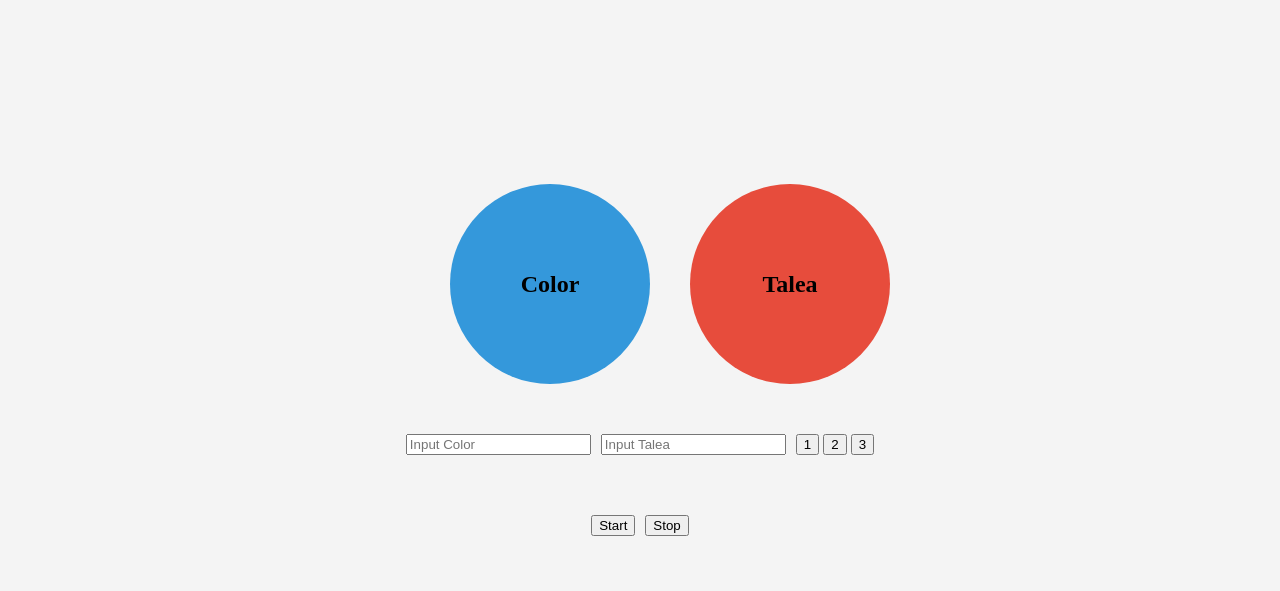
Repository: boshi-an/Isorhythm
Page: .vscode/Isorhythm/index.html
These files come from the project's save history. The page is drawn as it stood at one moment and after the next save; the edit follows.
The browser window is 1280 px wide. The pictures show the whole page.

Above is the page before, as saved 2023-10-18 22:54:40.

After the next save:
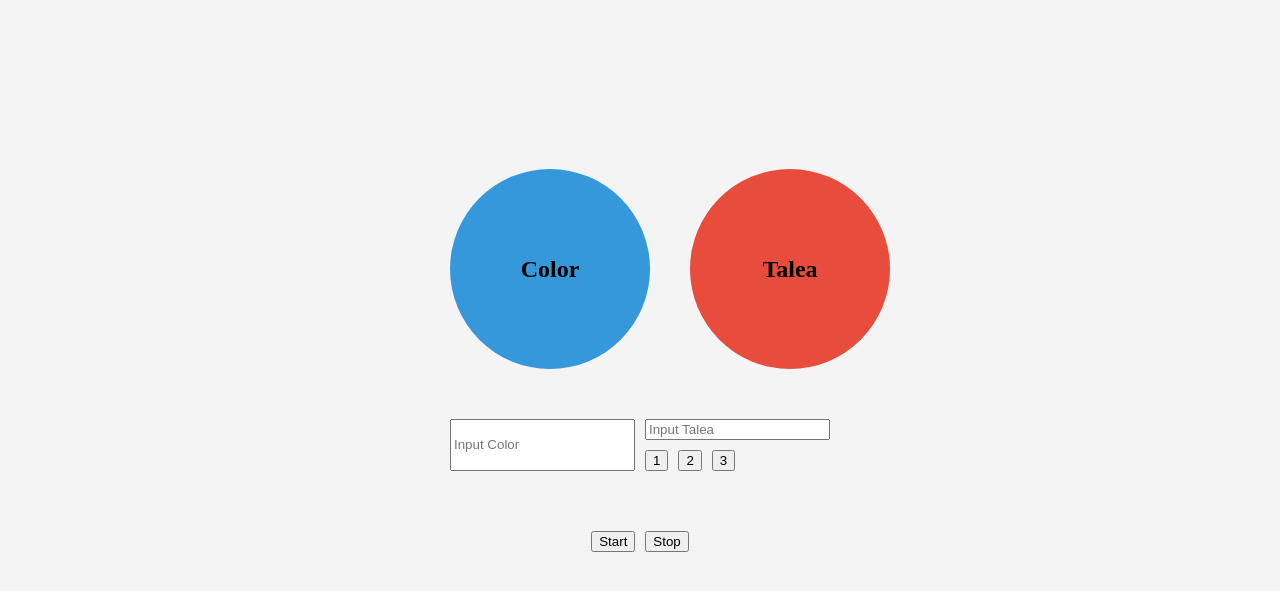
Saved 51 s later.
--- a/.vscode/Isorhythm/styles.css
+++ b/.vscode/Isorhythm/styles.css
@@ -29,16 +29,19 @@ body {
 
 .taleaInputContainer {
     display: flex;
+    flex-direction: column;
     gap: 10px;
     margin-bottom: 0px;
 }
 
 .taleaInputBox {
-    flex-direction: column;
+    display: flex;
+    gap: 10px;
 }
 
 .taleaInputButton {
-    flex-direction: column;
+    display: flex;
+    gap: 10px;
 }
 
 .circle {
